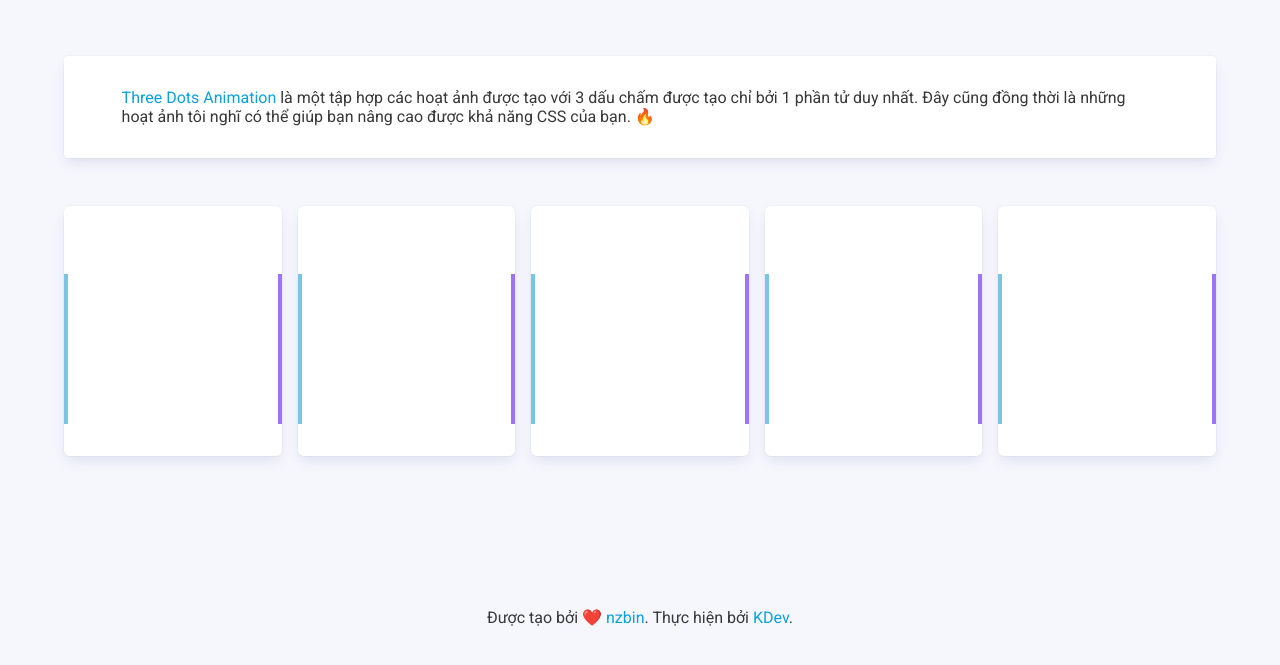
Repository: haokiet2501/lazy-loader-animation
Page: index.html
An editor plug-in stored every save of this project. The page is shown before and after the next save, followed by the edit.
The browser window is 1280 px wide. The pictures show the whole page.
The style sheet was rebuilt from its Sass, Less or Tailwind sources for each picture, by a compiler version that may differ from the author's.

Above is the page before, as saved 2022-05-06 20:06:16.

### index.html
<!DOCTYPE html>
<html lang="en">
<head>
    <meta charset="UTF-8">
    <meta http-equiv="X-UA-Compatible" content="IE=edge">
    <meta name="viewport" content="width=device-width, initial-scale=1.0">
    <link rel="shortcut icon" href="image/KDEV.png" type="image/x-icon">
    <link rel="stylesheet" href="sass/css/styles.css">
    <title>Three Dots Animation</title>
</head>
<body>
    <div class="container">
        <div class="title">
            <a href="/" target="_blank">Three Dots Animation</a> là một tập hợp các hoạt ảnh được tạo với 3 dấu chấm được tạo chỉ bởi 1 phần tử duy nhất. Đây cũng đồng thời là những hoạt ảnh tôi nghĩ có thể giúp bạn nâng cao được khả năng CSS của bạn. 🔥
        </div>

        <div class="row">
            <div class="box">
                <div class="stage">

                </div>
            </div>
            <div class="box">
                <div class="stage">

                </div>
            </div>
            <div class="box">
                <div class="stage">

                </div>
            </div>
            <div class="box">
                <div class="stage">

                </div>
            </div>
            <div class="box">
                <div class="stage">

                </div>
            </div>
        </div>

        <footer class="footer">
            <p>
                Được tạo bởi ❤️ <a href="https://github.com/nzbin" target="_blank">nzbin</a>.
                Thực hiện bởi <a href="/" target="_blank">KDev</a>.
            </p>
        </footer>
    </div>
</body>
</html>

### sass/styles.scss
@import 'base/base';

$color-text: #383838;
$color-line: #50dfdb;

.container {
    padding: 2rem 4rem;
}

.title {
    background: #fff;
    padding: 2rem 5%;
    margin: 1.5rem 0;
    box-shadow: 0 .4rem .8rem -.1rem rgba(0, 32, 128, .1), 0 0 0 1px #f0f2f7;
    border-radius: .25rem;
    color: $color-text;
}

.box {
    position: relative;
    height: 250px;
    background: #fff;
    padding: 2rem 5%;
    margin: 1.5rem 0;
    box-shadow: 0 .4rem .8rem -.1rem rgba(0, 32, 128, .1), 0 0 0 1px #f0f2f7;
    border-radius: 6px;
    overflow: hidden;
}

.box::before {
    content: '';
    position: absolute;
    top: -2rem;
    left: 32px;
    width: 150px;
    height: 140%;
    background: linear-gradient(#A85CF9, #6FDFDF);
    animation: animate 4s linear infinite;
}

.box::after {
    content: '';
    position: absolute;
    inset: 4px;
    background: #fff;
    border-radius: 2px;
}

@keyframes animate {
    0% {
        transform: rotate(0deg);
    }
    100% {
        transform: rotate(360deg);
    }
}

.row {
    display: grid;
    grid-template-columns: repeat(auto-fill, minmax(184px, 1fr));
    gap: 24px 16px;
}

.footer {
    display: flex;
    justify-content: center;
    align-items: center;
    margin: 128px 0 20px;
}

.footer > p {
    color: $color-text;
}

### sass/base/_base.scss
@import url('https://fonts.googleapis.com/css2?family=Roboto:wght@300;400;500;700&display=swap');

*, ::before, ::after {
    margin: 0;
    padding: 0;
    box-sizing: border-box;
}

html, body {
    scroll-behavior: smooth;
    font-family: 'Roboto', sans-serif;
    background: #f6f7fd;
    height: 100%;
    overflow: auto;
}

a {
    text-decoration: none;
    color: #0AA1DD;
}

After the next save:
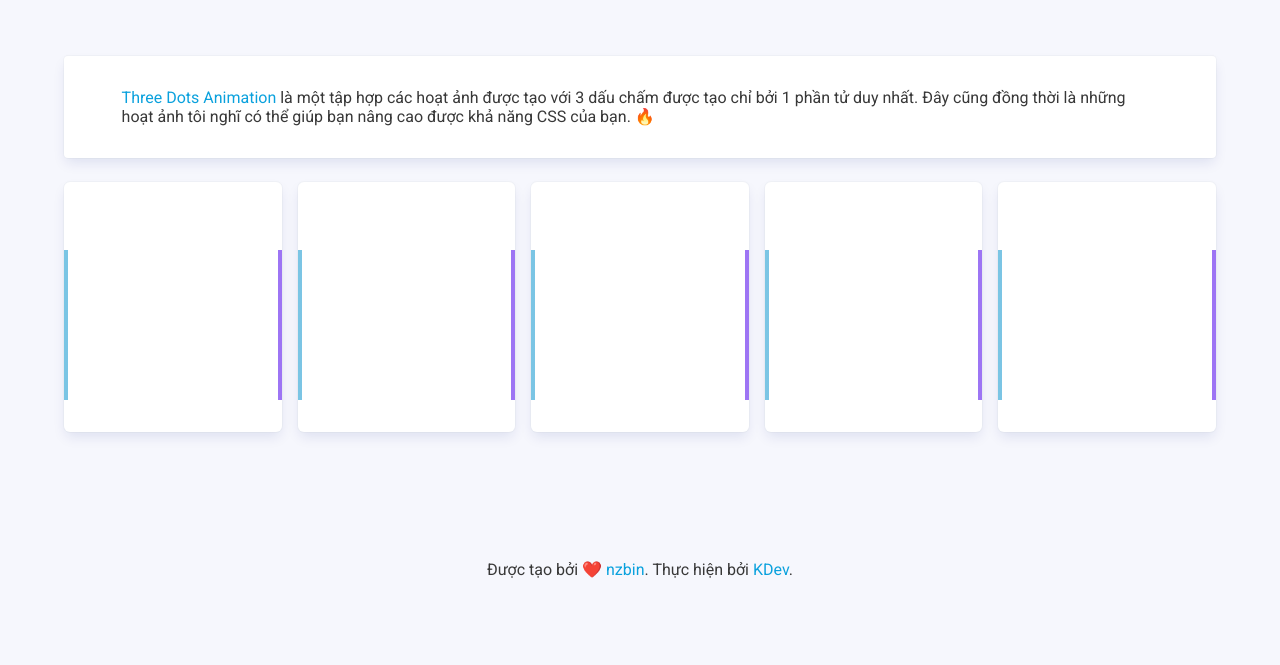
Saved 21 s later.
--- a/sass/styles.scss
+++ b/sass/styles.scss
@@ -20,8 +20,8 @@
     position: relative;
     height: 250px;
     background: #fff;
-    padding: 2rem 5%;
-    margin: 1.5rem 0;
+    // padding: 2rem 5%;
+    // margin: 1.5rem 0;
     box-shadow: 0 .4rem .8rem -.1rem rgba(0, 32, 128, .1), 0 0 0 1px #f0f2f7;
     border-radius: 6px;
     overflow: hidden;

After the save that followed:
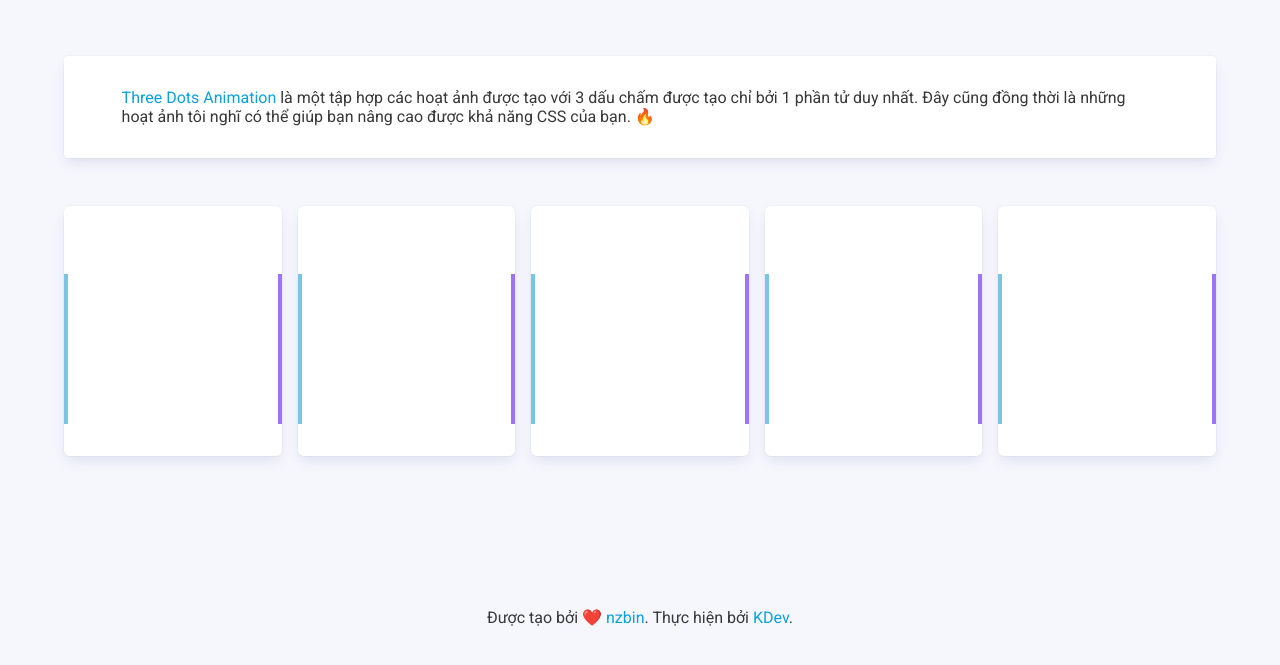
Saved 6 s later.
--- a/sass/styles.scss
+++ b/sass/styles.scss
@@ -20,8 +20,8 @@
     position: relative;
     height: 250px;
     background: #fff;
-    // padding: 2rem 5%;
-    // margin: 1.5rem 0;
+    padding: 2rem 5%;
+    margin: 1.5rem 0;
     box-shadow: 0 .4rem .8rem -.1rem rgba(0, 32, 128, .1), 0 0 0 1px #f0f2f7;
     border-radius: 6px;
     overflow: hidden;
